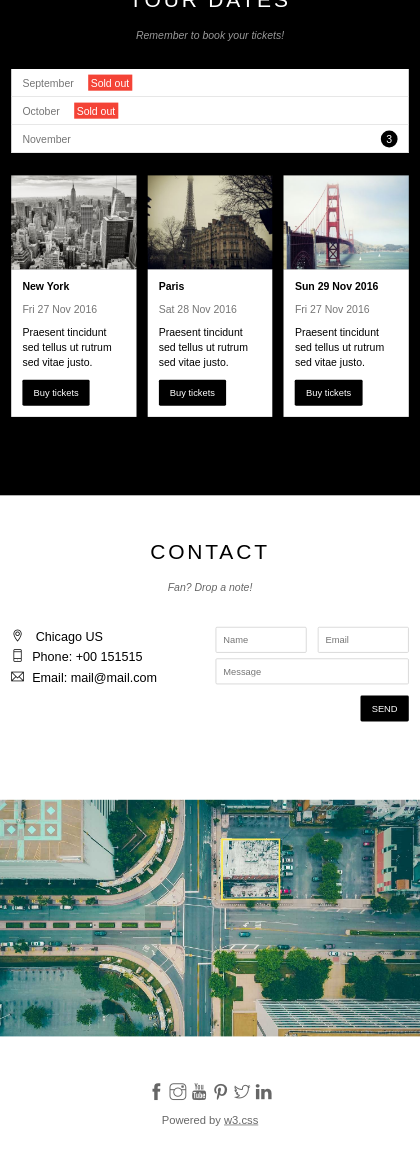
Repository: Phunobita/The-band-w3school
Page: index.html
These files come from the project's save history. The page is drawn as it stood at one moment and after the next save; the edit follows.
The browser window is 600 px wide. The pictures show the part of the page from y = 2162 to 4402 px (the page is 3835 px tall before and 5307 px after), at 70% of full size.

Above is the page before, as saved 2021-12-03 23:24:10.

### index.html
<!DOCTYPE html>
<html lang="en">

<head>
    <meta charset="UTF-8">
    <meta http-equiv="X-UA-Compatible" content="IE=edge">
    <meta name="viewport" content="width=device-width, initial-scale=1.0">
    <title>The band</title>
    <link rel="stylesheet" href="./assets/fonts/themify-icons-font/themify-icons/themify-icons.css">
    <link rel="stylesheet" href="./assets/css/style.css">
    <link rel="stylesheet" href="./assets/css/responsive.css">
    <link rel="icon" href="/assets/img/hinh-anh-mua-thu-dep-nhat.jpg" type="image/x-icon" />
</head>

<body>
    <div id="main">
        <div id="header">
            <!--Begin nav-->
            <ul id="nav">
                <li><a href="#">Home</a></li>
                <li><a href="#band">Band</a></li>
                <li><a href="#tour">Tour</a></li>
                <li><a href="#contact">Contact</a></li>
                <li>
                    <a href="#">
                        More
                        <i class="nav-arrow-down ti-angle-down"></i>
                    </a>
                    <ul class="subnav">
                        <li><a href="#">Merchandise</a></li>
                        <li><a href="#">Extras</a></li>
                        <li><a href="#">Media</a></li>
                    </ul>
                </li>
            </ul>
            <!--End nav-->
            <div class="search-btn">
                <i class="search-icon ti-search"></i>
            </div>

            <div id="mobile-menu" class="mobile-menu-btn">
                <i class="menu-icon ti-menu-alt"></i>
            </div>
        </div>

        <div id="slider">
            <div class="text-content">
                <h2 class="heading">New York</h2>
                <div class="content">The atmosphere in New York is lorem ipsum</div>
            </div>
        </div>
        <!--About section-->
        <div id="content">
            <div id="band" class="content-section">
                <h2 class="section-heading">THE BAND</h2>
                <p class="section-sub-heading">We love music</p>
                <p class="about-text">We have created a fictional band website. Lorem ipsum dolor sit amet, consectetur
                    adipiscing elit, sed do eiusmod tempor incididunt ut labore et dolore magna aliqua. Ut enim ad minim
                    veniam, quis nostrud exercitation ullamco laboris nisi ut aliquip ex ea commodo consequat. Duis aute
                    irure dolor in reprehenderit in voluptate velit esse cillum dolore eu fugiat nulla pariatur.
                    Excepteur sint occaecat cupidatat non proident, sunt in culpa qui officia deserunt mollit anim id
                    est laborum consectetur adipiscing elit, sed do eiusmod tempor incididunt ut labore et dolore magna
                    aliqua. Ut enim ad minim veniam, quis nostrud exercitation ullamco laboris nisi ut aliquip ex ea
                    commodo consequat.</p>
                <div class=" row member-list">
                    <div class="member-item col col-third text-center">
                        <p class="member-name">Name</p>
                        <img src="./assets/img/tv.jpg" alt="Name" class="member-img">
                    </div>
                    <div class="member-item col col-third text-center">
                        <p class="member-name">Name</p>
                        <img src="./assets/img/tv.jpg" alt="Name" class="member-img">
                    </div>
                    <div class="member-item col col-third text-center">
                        <p class="member-name">Name</p>
                        <img src="./assets/img/tv.jpg" alt="Name" class="member-img">
                    </div>
                </div>
            </div>

            <!--Tour section-->
            <div id="tour" class="tour__section">
                <div class="content-section">
                    <h2 class="section-heading text-white">TOUR DATES</h2>
                    <p class="section-sub-heading text-white">Remember to book your tickets!</p>

                    <ul class="ticket__list">
                        <li class="ticket__list-item">
                            September
                            <span class="sold-out">Sold out</span>
                        </li>
                        <li class="ticket__list-item">
                            October
                            <span class="sold-out">Sold out</span>
                        </li>
                        <li class="ticket__list-item">
                            November
                            <span class="quantity">3</span>
                        </li>
                    </ul>
                    <div class="row place__list">
                        <div class="mt-16 col col-third s-full-width">
                            <img src="./assets/img/newyork.jpg" alt="New York" class="place__img">
                            <div class="place-body">
                                <h3 class="place-heading">New York</h3>
                                <p class="place-time">Fri 27 Nov 2016</p>
                                <p class="place-description">Praesent tincidunt sed tellus ut rutrum sed vitae justo.
                                </p>
                                <button href="#" class="btn js-buy-ticket">Buy tickets</button>
                            </div>
                        </div>
                        <div class="mt-16 col col-third s-full-width">
                            <img src="./assets/img/paris.jpg" alt="New York" class="place__img">
                            <div class="place-body">
                                <h3 class="place-heading">Paris</h3>
                                <p class="place-time">Sat 28 Nov 2016</p>
                                <p class="place-description">Praesent tincidunt sed tellus ut rutrum sed vitae justo.
                                </p>
                                <button href="#" class="btn js-buy-ticket">Buy tickets</button>
                            </div>
                        </div>
                        <div class="mt-16 col col-third s-full-width">
                            <img src="./assets/img/sanfran.jpg" alt="New York" class="place__img">
                            <div class="place-body">
                                <h3 class="place-heading">Sun 29 Nov 2016</h3>
                                <p class="place-time">Fri 27 Nov 2016</p>
                                <p class="place-description">Praesent tincidunt sed tellus ut rutrum sed vitae justo.
                                </p>
                                <button href="#" class="btn js-buy-ticket">Buy tickets</button>
                            </div>
                        </div>
                    </div>
                </div>
            </div>
            <!--Contact section-->
            <div id="contact" class="content-section">
                <h2 class="section-heading">CONTACT</h2>
                <p class="section-sub-heading">Fan? Drop a note!</p>

                <div class="row contact-content">
                    <div class="col col-half contact-info">
                        <p><i class="contact-icon ti-location-pin"></i> Chicago US</p>
                        <p><i class="contact-icon ti-mobile"></i>Phone: +00 151515</p>
                        <p><i class="contact-icon ti-email"></i>Email: mail@mail.com</p>
                    </div>
                    <div class="col col-half contact-form">
                        <form action="">
                            <div class="row">
                                <div class="col col-half">
                                    <input type="text" name="" required id="" class="form-control" placeholder="Name">
                                </div>
                                <div class="col col-half">
                                    <input type="email" name="" required id="" class="form-control" placeholder="Email">
                                </div>
                            </div>
                            <div class="row mt-8">
                                <div class="col col-full">
                                    <input type="" name="" required id="" class="form-control" placeholder="Message">
                                </div>
                            </div>
                            <input class="btn pull-right mt-16" type="submit" value="SEND">
                        </form>
                    </div>
                </div>
            </div>

            <div class="map-section">
                <img src="/assets/img/map (1).jpg" alt="">

            </div>

            <div id="footer">
                <div class="social-list">
                    <a href=""><i class="ti-facebook"></i></a>
                    <a href=""><i class="ti-instagram"></i></a>
                    <a href=""><i class="ti-youtube"></i></a>
                    <a href=""><i class="ti-pinterest"></i></a>
                    <a href=""><i class="ti-twitter"></i></a>
                    <a href=""><i class="ti-linkedin"></i></a>
                </div>
                <p class="copyright">Powered by <a href="">w3.css</a></p>
            </div>
        </div>

        <div class="modal js-modal">
            <div class="modal-container js-modal-container">
                <div class="modal-close js-modal-close">
                    <i class="ti-close"></i>
                </div>

                <header class="modal-header">
                    <i class="modal-heading-icon ti-bag"></i>
                    Tickets
                </header>

                <div class="modal-body">
                    <label for="ticket-quantity" class="modal-label">
                        <i class="ti-shopping-cart"></i>
                        Tickets, $15 per person
                    </label>
                    <input id="ticket-quantity" type="text" class="modal-input" placeholder="How many?">

                    <label for="ticket-email" class="modal-label">
                        <i class="ti-user"></i>
                        Send To
                    </label>
                    <input id="ticket-email" type="email" class="modal-input" placeholder="Enter email">
                    <button id="buy-ticket">
                        Pay <i class="ti-check"></i>
                    </button>
                </div>
                <footer class="modal-footer">
                    <p class="modal-help">Need <a href="">help?</a></p>
                </footer>
            </div>
        </div>
    </div>

    <script>
        const buyBtns = document.querySelectorAll('.js-buy-ticket')
        const modal = document.querySelector('.js-modal')
        const modalContainer = document.querySelector('.js-modal-container')
        const modalClose = document.querySelector('.js-modal-close')

        function showBuyTickets() {
            modal.classList.add('open')
        }

        function hideBuyTickets() {
            modal.classList.remove('open')
        }

        for (const buyBtn of buyBtns) {
            buyBtn.addEventListener('click', showBuyTickets)
        }

        modalClose.addEventListener('click', hideBuyTickets)
        modal.addEventListener('click', hideBuyTickets)
        modalContainer.addEventListener('click', function (event) {
            event.stopPropagation()
        }
        )
    </script>

    <script>
        var header = document.getElementById('header');
        var mobileMenu = document.getElementById('mobile-menu');
        var headerHeight = header.clientHeight;

        mobileMenu.onclick = function () {
            var isClose = header.clientHeight === headerHeight;
            if (isClose) {
                header.style.height = 'auto';
            }
            else {
                header.style.height = null;
            }
        }

        //
        var menuItems = document.querySelectorAll('#nav li a[href*="#"]');
        for (var i = 0; i < menuItems.length; i++) {
            var menuItem = menuItems[i];
            var isParentMenu = menuItem.nextElementSibling && menuItem.nextElementSibling.classList.contains('subnav')

            menuItem.onclick = function (event) {
                var isParentMenu = this.nextElementSibling && this.nextElementSibling.classList.contains('subnav')
                if (!isParentMenu) {
                    header.style.height = null;
                }
                else {
                    event.preventDefault();
                }
            }
        }
    </script>
</body>

</html>

### assets/css/style.css
* {
  padding: 0;
  margin: 0;
  box-sizing: border-box;
}
html {
  scroll-behavior: smooth;
  font-family: Arial, Helvetica, sans-serif;
}
/*
1.vi tri
2. kich thuoc
3.Mau sac
4. Hinh dang
*/
.clear {
  clear: both;
}

.text-white {
  color: #fff !important;
}

.text-center {
  text-align: center !important;
}

.pull-right {
  float: right;
}
.row {
  margin-left: -8px;
  margin-right: -8px;
}
.row::after {
  content: "";
  display: block;
  clear: both;
}

.col {
  float: left;
  padding-left: 8px;
  padding-right: 8px;
}

.col-full {
  width: 100%;
}

.col-half {
  width: 50%;
}
.col-third {
  width: 33.3333%;
}

.mt-8 {
  margin-top: 8px !important;
}

.mt-16 {
  margin-top: 16px !important;
}

.btn {
  display: inline-block;
  background-color: black;
  border: none;
  color: #fff;
  text-decoration: none;
  padding: 11px 16px;
  margin-top: 15px;
  border-radius: 2px;
  cursor: pointer;
}
.btn:hover {
  color: #000;
  background-color: #ccc;
}
#main {
}
#header {
  height: 46px;
  background-color: black;
  position: fixed;
  top: 0;
  left: 0;
  right: 0;
  z-index: 1;
}
#nav {
  display: inline-block;
}
#nav,
.subnav {
  list-style-type: none;
}
#nav > li > a {
  color: #fff;
  text-transform: uppercase;
}
#nav li a {
  text-decoration: none;
  line-height: 46px;
  padding: 0 24px;
  display: block;
}
#nav > li:hover > a,
#nav .subnav li:hover a {
  color: black;
  background-color: #ccc;
}
#nav li:hover .subnav {
  display: block;
}
#nav > li {
  display: inline-block;
  position: relative;
}
#nav .nav-arrow-down {
  font-size: 14px;
}
#nav .subnav {
  display: none;
  min-width: 160px;
  position: absolute;
  top: 100%;
  background-color: white;
  box-shadow: 0 0 10px rgba(0, 0, 0, 0.3);
}
#nav .subnav a {
  color: black;
  padding: 0 12px;
  line-height: 38px;
}

#header .mobile-menu-btn {
  position: absolute;
  top: 0;
  right: 0;
  display: none;
}

#header .mobile-menu-btn,
#header .search-btn {
  float: right;
  padding: 0 21px;
}
#header .search-btn:hover {
  background-color: #f44336;
  cursor: pointer;
}
#header .mobile-menu-btn:hover {
  background-color: #ccc;
}
#header .mobile-menu-btn:hover .menu-icon {
  color: #000;
}
.menu-icon,
#header .search-icon {
  color: #fff;
  font-size: 20px;
  line-height: 46px;
}
#header .search-btn:hover {
  background-color: #f44336;
}
#slider {
  margin-top: 46px;
  padding-top: 50%;
  position: relative;
  background: url("/assets/img/slider1.jpg") top center / cover no-repeat;
}

#slider .text-content {
  position: absolute;
  bottom: 47px;
  color: white;
  width: 100%;
  text-align: center;
}
#silder .heading {
  font-weight: 500px;
  font-size: 24px;
}
#slider .content {
  font-size: 15px;
  margin-top: 25px;
}
#content {
}
#content .content-section {
  padding: 64px 0 112px;
  width: 800px;
  max-width: 100%;
  margin-left: auto;
  margin-right: auto;
  padding-left: 16px;
  padding-right: 16px;
}
#content .section-heading {
  font-size: 30px;
  font-weight: 500;
  text-align: center;
  letter-spacing: 4px;
}
#content .section-sub-heading {
  font-size: 15px;
  text-align: center;
  margin-top: 25px;
  font-style: italic;
  opacity: 0.6;
}
#content .about-text {
  margin-top: 25px;
  text-align: justify;
  line-height: 1.4;
  font-size: 15px;
}

#content .member-list {
  margin-top: 48px;
}
#content .member-name {
  font-size: 15px;
  margin-bottom: 15px;
}
#content .member-img {
  width: 154px;
  border-radius: 4px;
}

/* Tour section */
.tour__section {
  background-color: #000;
}

.ticket__list {
  background-color: #fff;
  margin-top: 40px;
  list-style: none;
}
.ticket__list-item {
  color: #757575;
  font-size: 15px;
  padding: 11px 16px;
  border-bottom: 1px solid #ddd;
}
.ticket__list .sold-out {
  color: #fff;
  background-color: #f44336;
  padding: 3px 4px;
  margin-left: 16px;
}
.ticket__list .quantity {
  float: right;
  width: 24px;
  height: 24px;
  background-color: #000;
  color: #fff;
  border-radius: 50%;
  text-align: center;
  line-height: 24px;
  margin-top: -3px;
}

/*  Place body*/
.place__list {
  margin-top: 16px;
}

.place__img {
  width: 100%;
  display: block;
}
.place__img:hover {
  opacity: 0.7;
}
.place-body {
  background-color: #fff;
  padding: 16px;
  font-size: 15px;
}
.place-heading {
  font-size: 15px;
  font-weight: 600;
}
.place-time {
  margin-top: 15px;
  color: #757575;
}
.place-description {
  margin-top: 15px;
  line-height: 1.4;
}

/* Modal */
.modal {
  position: fixed;
  top: 0;
  left: 0;
  bottom: 0;
  right: 0;
  background-color: rgba(0, 0, 0, 0.4);
  align-items: center;
  justify-content: center;
  display: none;
}
.modal.open {
  display: flex;
}
.modal-container {
  background-color: #fff;
  width: 900px;
  max-width: calc(100% - 32px);
  min-height: 200px;
  position: relative;
  animation: modalFadeIn ease 0.5s;
}
.modal-header {
  background-color: #009688;
  height: 130px;
  display: flex;
  align-items: center;
  justify-content: center;
  font-size: 30px;
  color: #fff;
}
.modal-heading-icon {
  margin-right: 16px;
}
.modal-close {
  position: absolute;
  right: 0;
  top: 0;
  padding: 16px;
  cursor: pointer;
  color: #fff;
}
.modal-close:hover {
  background-color: #ccc;
}
.modal-body {
  padding: 16px;
}

.modal-label {
  display: block;
  font-size: 15px;
  margin-bottom: 12px;
}

.modal-input {
  border: 1px solid #ccc;
  font-size: 15px;
  width: 100%;
  padding: 10px;
  margin-bottom: 24px;
}
#buy-ticket {
  background-color: #009688;
  border: none;
  width: 100%;
  padding: 18px;
  font-size: 15px;
  color: #fff;
  text-transform: uppercase;
  font-weight: 700;
  cursor: pointer;
}
#buy-ticket:hover {
  opacity: 0.8;
}

.modal-footer {
  padding: 16px;
  text-align: right;
}
.modal-help a {
  color: #2196f3;
}

/* Contact form */
.contact-content {
  margin-top: 48px;
}

.contact-info {
  font-size: 18px;
  line-height: 1.6;
}

.contact-icon {
  display: inline-block;
  width: 30px;
}

.contact-form {
  font-size: 15px;
}

.contact-form .form-control {
  padding: 10px;
  border: 1px solid #ccc;
  width: 100%;
  outline: border 1px solid;
}
.contact-form input {
  border-radius: 2px;
}
/* map section */
.map-section img {
  width: 100%;
}

#footer {
  padding: 64px 16px;
  text-align: center;
}

#footer .social-list {
  font-size: 24px;
}
#footer .social-list a {
  color: rgba(0, 0, 0, 0.6);
  text-decoration: none;
}
#footer .copyright a:hover,
#footer .social-list a :hover {
  color: rgba(0, 0, 0, 0.4);
}

#footer .copyright {
  margin-top: 15px;
  color: rgba(0, 0, 0, 0.6);
}
#footer .copyright a {
  color: rgba(0, 0, 0, 0.6);
}
@keyframes modalFadeIn {
  from {
    opacity: 0;
    transform: translateY(-150px);
  }
  to {
    opacity: 1;
    transform: translateY(0);
  }
}

### assets/css/responsive.css
@media (max-width: 1024px) {
}

@media (min-width: 740px) and (max-width: 1023px) {
}

@media (max-width: 740px) {
  #header {
    overflow: hidden;
  }
  #header .mobile-menu-btn {
    display: block;
  }
  #header .search-btn {
    display: none;
  }

  #nav > li {
    display: block;
  }
  #nav li a {
    padding: 2px 24px;
  }
  #nav {
    display: block;
  }
  #nav > li:first-child {
    display: inline-block;
  }

  #nav .subnav {
    position: initial;
    background-color: #333;
  }
  #nav .subnav a {
    color: #fff;
    padding: 5px 41px;
  }

  #content .member-item {
    margin-top: 30px;
    width: 100%;
  }
  #content .member-img {
    width: 60%;
  }
}

Loaded but not shown: assets/fonts/themify-icons-font/themify-icons/themify-icons.css (common file)

After the next save:
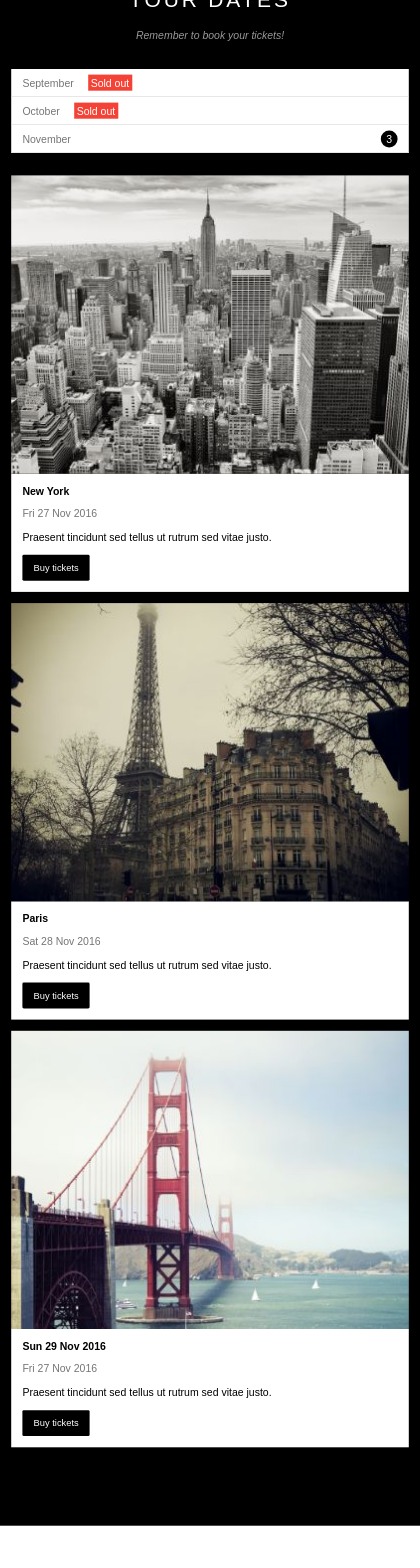
Saved 78 s later.
--- a/assets/css/responsive.css
+++ b/assets/css/responsive.css
@@ -5,6 +5,9 @@
 }
 
 @media (max-width: 740px) {
+  .s-full-width {
+    width: 100%;
+  }
   #header {
     overflow: hidden;
   }
